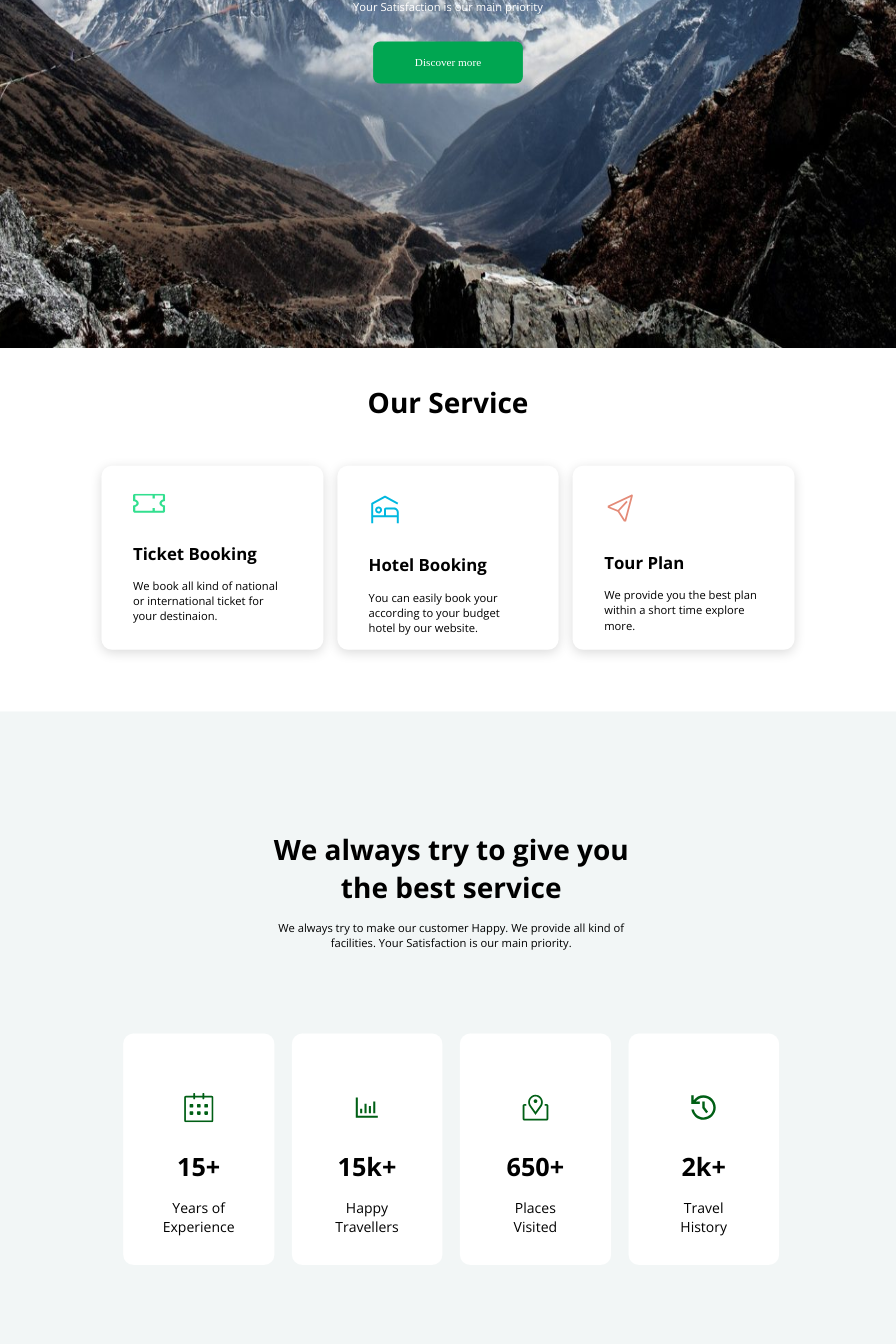
Repository: kubrazamanova/Background-Image
Page: index.html
These files come from the project's save history. The page is drawn as it stood at one moment and after a run of saves; the edit follows.
The browser window is 1280 px wide. The pictures show the part of the page from y = 666 to 2586 px (the page is 2586 px tall before and 2524 px after), at 70% of full size.

Above is the page before, as saved 2023-10-17 19:07:56.

After the next 4 saves:
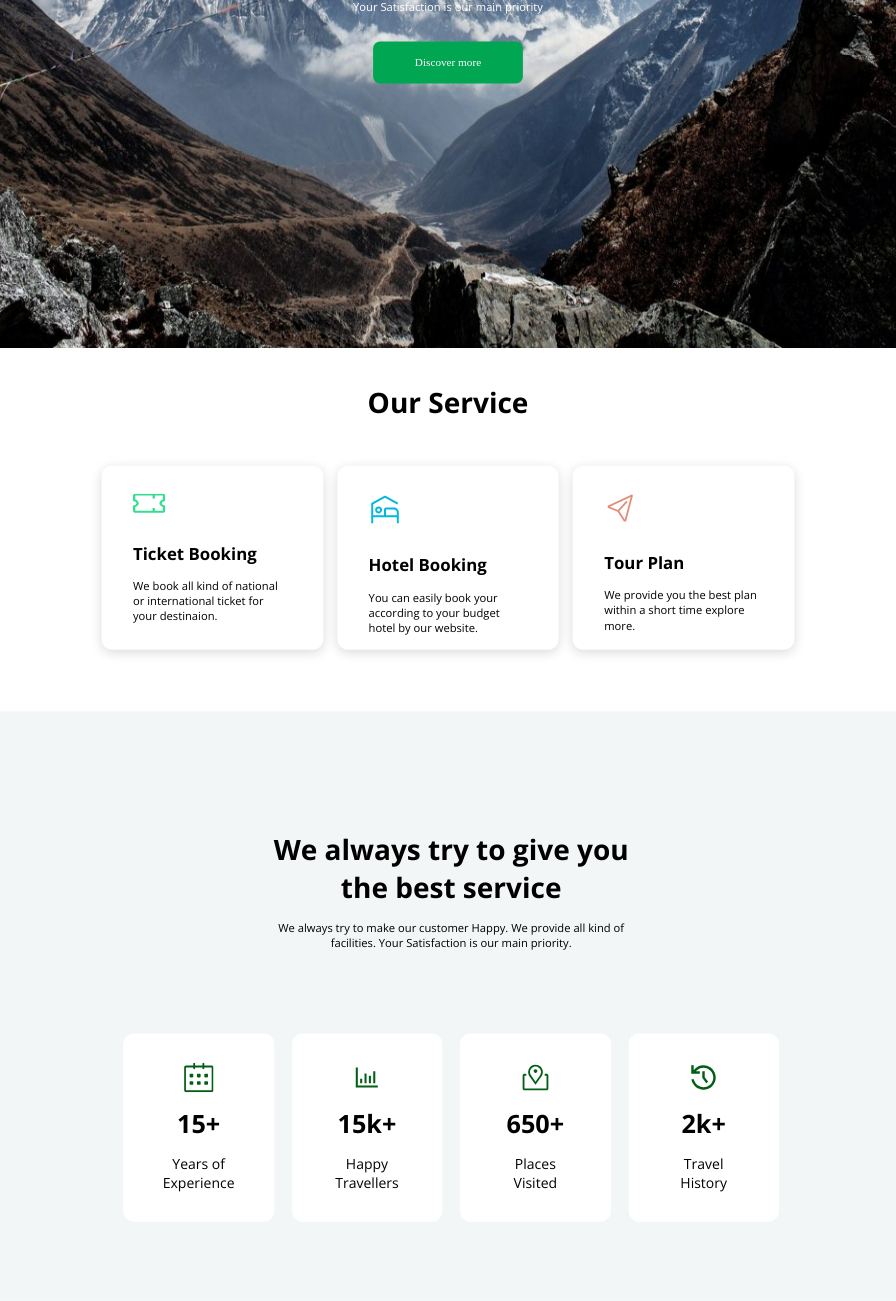
The 4 saves are shown as one change because they came seconds apart.
The last was saved 59 s later.
--- a/index.css
+++ b/index.css
@@ -209,13 +209,11 @@ main {
 }
 
 .best-service svg {
-  margin-top: 43px;
   width: 42px;
   height: 42px;
 }
 
 .best-service b {
-  margin-top: 19px;
   color: #000;
   font-family: Open Sans;
   font-size: 36px;
